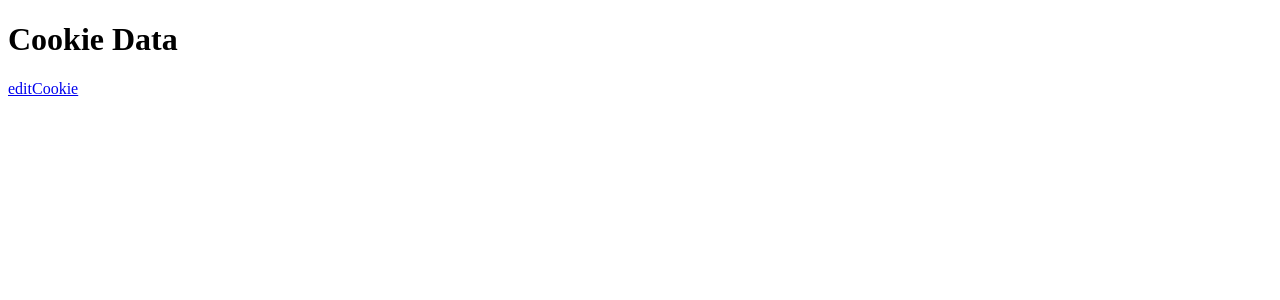
Repository: hhw9797/bitcampjn201904
Page: http://localhost/FirstWeb/cookie/viewCookie.jsp
These files come from the project's save history. The page is drawn as it stood at one moment and after the next save; the edit follows.
The browser window is 1280 px wide. The pictures show the whole page.
The page is served by Tomcat 9. Other server files are loaded and not shown.

Above is the page before, as saved 2019-06-25 02:45:05.

### html/html5/jsp/FirstWeb/WebContent/cookie/viewCookie.jsp
<%@ page language="java" contentType="text/html; charset=UTF-8"
    pageEncoding="UTF-8"%>
<%
	// 브라우저가 서버로 요청할 때 모든 쿠키 정보를 함께 전송
	Cookie[] cookies = request.getCookies();
%>
<!DOCTYPE html>
<html>
<head>
<meta charset="UTF-8">
<title>Insert title here</title>
<script src="https://code.jquery.com/jquery-1.12.4.js"></script>
<style>

</style>
</head>
<body>
<h1>Cookie Data</h1>

	<%
		if(cookies != null && cookies.length > 0){
			for(int i=0; i<cookies.length; i++){

				if(cookies[i].getName().equals("name")){
	%>
		<h3>
		<%= cookies[i].getName() %> :
		<%= cookies[i].getValue() %>
		</h3>
	<%
				}
			}
		}
	%>

<a href="editCookie.jsp">editCookie</a>


</body>
</html>

After the next save:
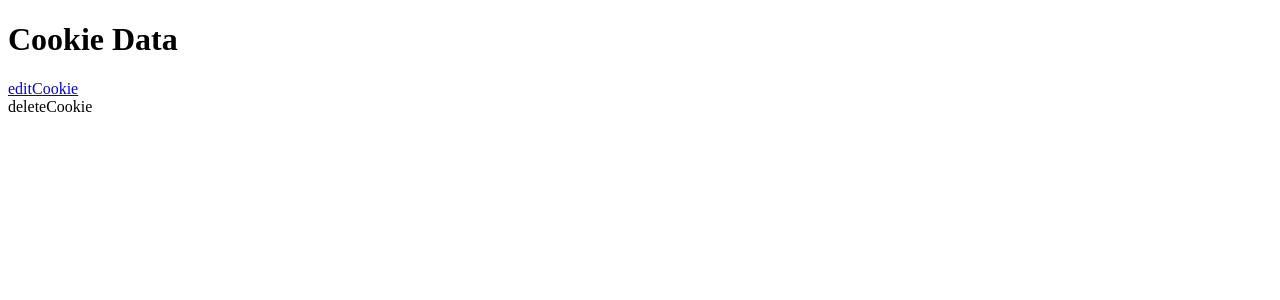
Saved 7 min 20 s later.
--- a/html/html5/jsp/FirstWeb/WebContent/cookie/viewCookie.jsp
+++ b/html/html5/jsp/FirstWeb/WebContent/cookie/viewCookie.jsp
@@ -21,19 +21,20 @@
 		if(cookies != null && cookies.length > 0){
 			for(int i=0; i<cookies.length; i++){
 
-				if(cookies[i].getName().equals("name")){
+				//if(cookies[i].getName().equals("name")){
 	%>
 		<h3>
 		<%= cookies[i].getName() %> :
 		<%= cookies[i].getValue() %>
 		</h3>
 	<%
-				}
+				//}
 			}
 		}
 	%>
 
-<a href="editCookie.jsp">editCookie</a>
+<a href="editCookie.jsp">editCookie</a> <br>
+<a hrdf="deleteCookie.jsp">deleteCookie</a>
 
 
 </body>
